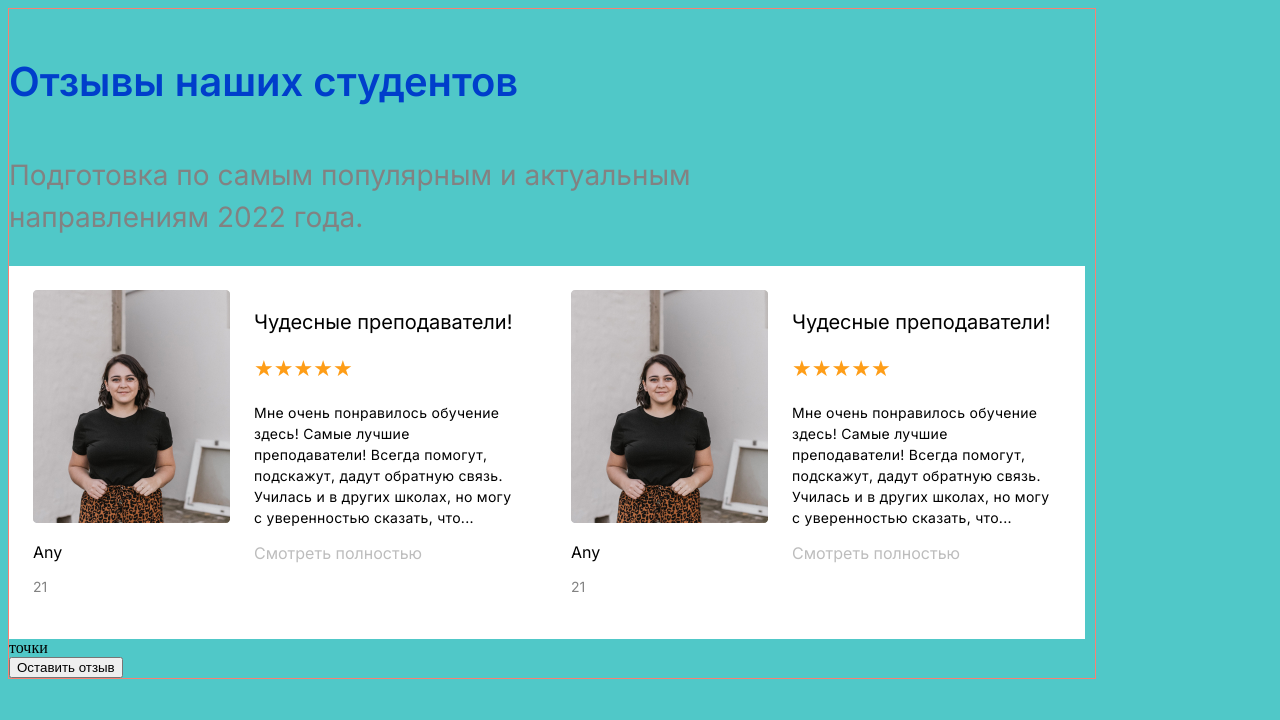
Repository: Malvuna/Studi
Page: index.html
These files come from the project's save history. The page is drawn as it stood at one moment and after a run of saves; the edit follows.
The browser window is 1280 px wide. The pictures show the whole page.

Above is the page before, as saved 2022-07-11 17:33:44.

### index.html

<!DOCTYPE html>
<html lang="en">
  <head>
    <meta charset="UTF-8" />
    <meta http-equiv="X-UA-Compatible" content="IE=edge" />
    <meta name="viewport" content="width=device-width, initial-scale=1.0" />
    <link rel="stylesheet" href="./css/style.css" />
    <link rel="preconnect" href="https://fonts.googleapis.com">
    <link rel="preconnect" href="https://fonts.gstatic.com" crossorigin>
    <link href="https://fonts.googleapis.com/css2?family=Caveat:wght@400;600;700&family=Inter:wght@400;600;700&display=swap" rel="stylesheet">
  <body>
    <header>
    </header>

    <main>
      <div id="container" class="container">

      <p class="h1">Отзывы наших студентов</p>
      <p class="head">Подготовка по самым популярным и актуальным </br> направлениям 2022 года.</p>
      <div id="divAllCard"> </div>
      <div>точки</div>
      <button class="button">Оставить отзыв</button>

    </div>
    </main>


    <footer>

    </footer>

  </body>
  <script type="module" src="./javascript/javascript.js"></script>
</html>

### css/style.css
body {
  background-color: rgb(80, 200, 200);
}

.container {
  width: 1086px;
  border: 1px salmon solid;
  text-align: left;
}

.h1 {
  font-family: "Inter";
  font-style: normal;
  font-weight: 600;
  font-size: 40px;
  line-height: 65px;
  color: #003ecb;
}

.head {
  font-family: "Inter";
  font-style: normal;
  font-weight: 400;
  font-size: 28px;
  line-height: 42px;
  color: #828282;
}

.divAllCard{
    display: flex;
}

.divOneCard {
  width: 490px;
  height: 325px;
  background-color: white;
  display: flex;
  padding: 24px 24px;
}

.textName {
  font-family: "Inter";
  font-style: normal;
  font-weight: 400;
  font-size: 16px;
  line-height: 19px;
  color: #000000;
}

.textAge {
  font-family: "Inter";
  font-style: normal;
  font-weight: 400;
  font-size: 14px;
  line-height: 17px;
  color: #828282;
}

.cardRight {
  padding-left: 24px;
}

.textHead {
  font-family: "Inter";
  font-style: normal;
  font-weight: 500;
  font-size: 20px;
  line-height: 24px;
  color: #000000;
}

.textStar {
  font-family: "Inter";
  font-style: normal;
  font-weight: 500;
  font-size: 22px;
  line-height: 24px;
  color: #fe9d17;
}

.textText {
  font-family: "Inter";
  font-style: normal;
  font-weight: 400;
  font-size: 14px;
  line-height: 21px;
  letter-spacing: 0.02em;
  color: #000000;
}

.textAll {
  font-family: "Inter";
  font-style: normal;
  font-weight: 400;
  font-size: 16px;
  line-height: 19px;
  color: #bdbdbd;
}

.button {

}

### javascript/javascript.js
//Общий контейнер
let container = document.querySelector("#container");

//див с карточками
let divAllCard = document.querySelector("#divAllCard");
divAllCard.className = "divAllCard";

//див одной карточки
let divOneCard = document.createElement("div");
divOneCard.className = "divOneCard";
divAllCard.append(divOneCard);


//карточка левый блок
let cardLeft = document.createElement("div");
divOneCard.append(cardLeft);

let cardImg = document.createElement("img");
cardImg.src = "/img/Photo.jpg"
cardLeft.append(cardImg);

let textName = document.createElement("p");
textName.innerHTML = "Any";
textName.className = "textName";
cardLeft.append(textName);

let textAge = document.createElement("p");
textAge.innerHTML = "21";
textAge.className = "textAge";
cardLeft.append(textAge);

//карточка парвый блок
let cardRight = document.createElement("div");
cardRight.className = "cardRight";
divOneCard.append(cardRight);

let textHead = document.createElement("p");
textHead.innerHTML = "Чудесные преподаватели!";
textHead.className = "textHead";
cardRight.append(textHead);

let textStar = document.createElement("p");
textStar.innerHTML = "★★★★★";
textStar.className = "textStar";
cardRight.append(textStar);

let textText = document.createElement("p");
textText.innerHTML = "Мне очень понравилось  обучение здесь! Самые лучшие преподаватели! Всегда помогут, подскажут, дадут обратную связь. Училась и в других школах, но могу с уверенностью сказать, что...";
textText.className = "textText";
cardRight.append(textText);

let textAll = document.createElement("p");
textAll.innerHTML = "Смотреть полностью";
textAll.className = "textAll";
cardRight.append(textAll);


// вторая карточка
var divTwoCard = divOneCard.cloneNode(true);
divAllCard.append(divTwoCard);

After the next 2 saves:
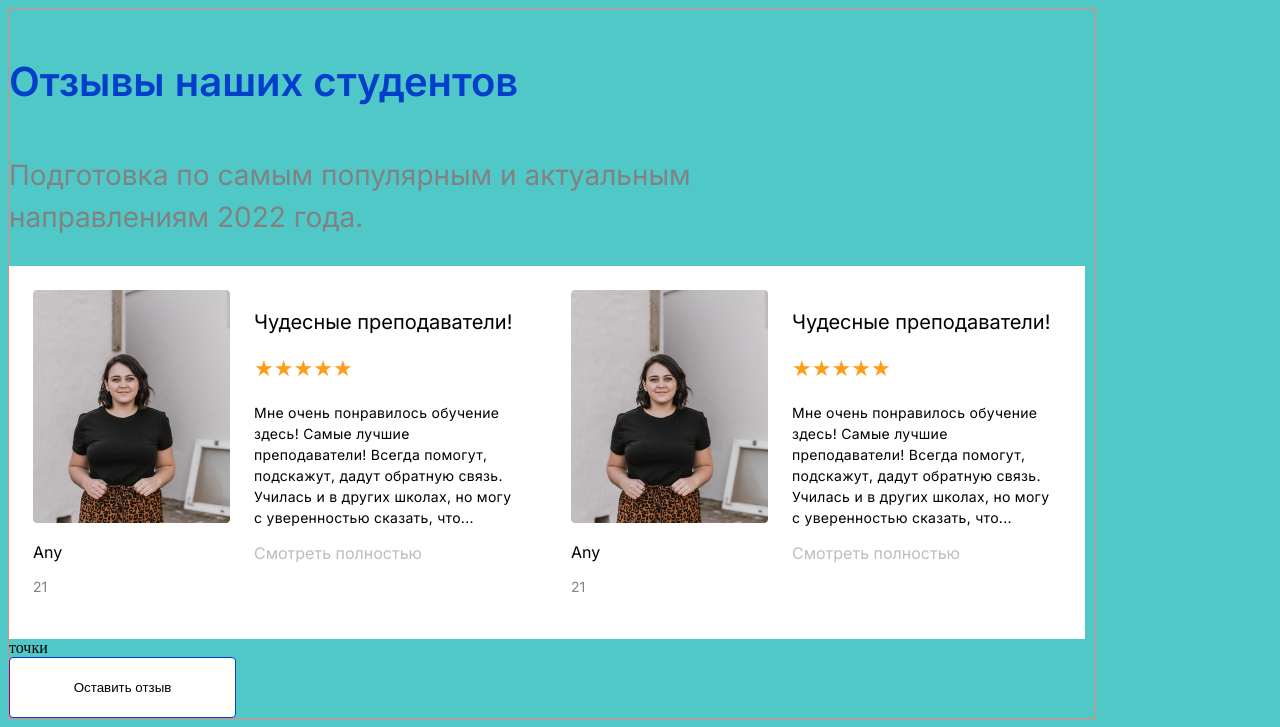
The 2 saves are shown as one change because they came seconds apart.
The last was saved 18 s later.
--- a/css/style.css
+++ b/css/style.css
@@ -26,8 +26,8 @@ body {
   color: #828282;
 }
 
-.divAllCard{
-    display: flex;
+.divAllCard {
+  display: flex;
 }
 
 .divOneCard {
@@ -98,5 +98,10 @@ body {
 }
 
 .button {
+  width: 227px;
+  height: 61px;
 
+  background: #ffffff;
+  border: 1px solid #003ecb;
+  border-radius: 4px;
 }
